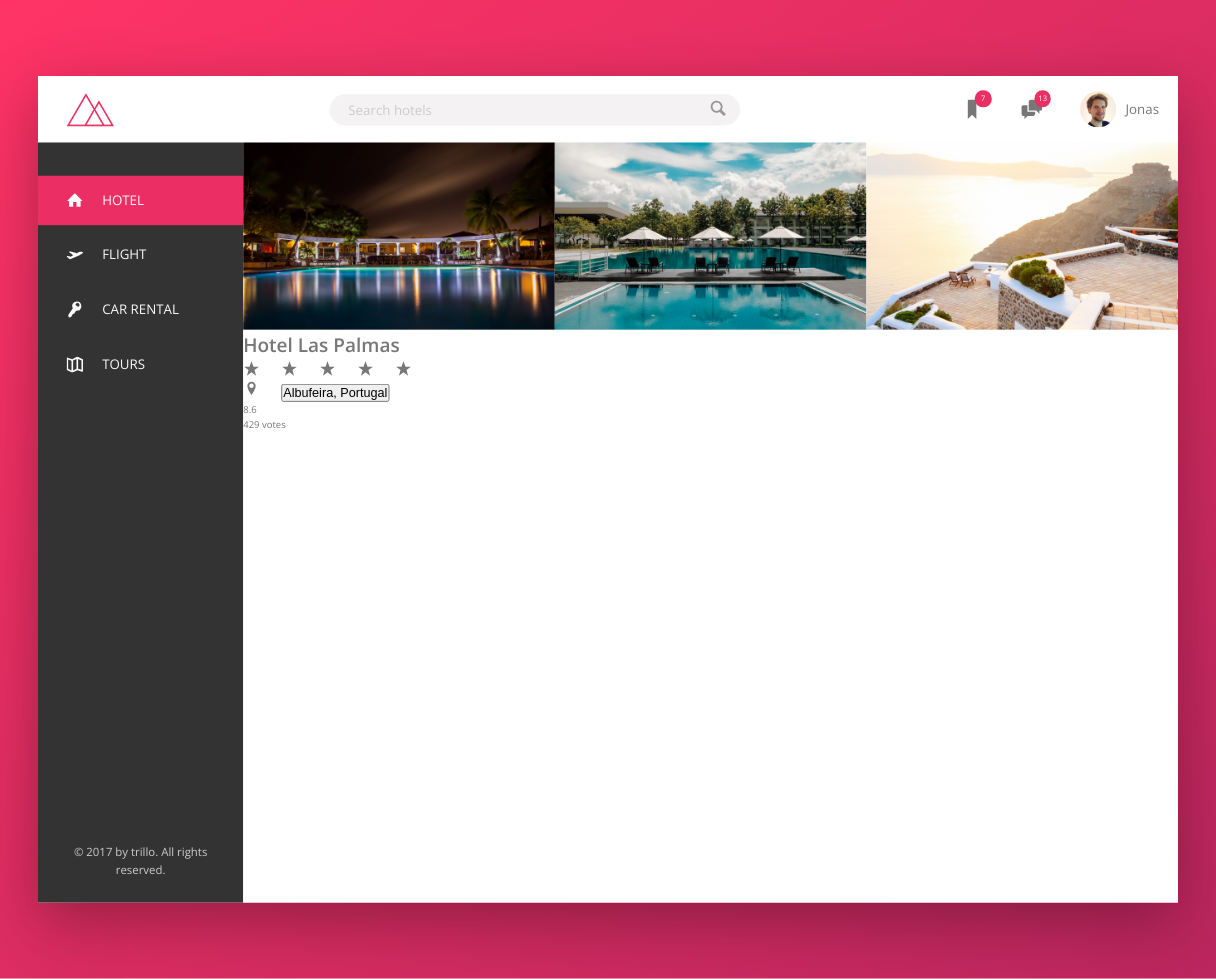
Repository: MalgorzataMazur/Trillo
Page: index.html
An editor plug-in stored every save of this project. The page is shown before and after the next save, followed by the edit.
The browser window is 1280 px wide. The pictures show the whole page, at 95% of full size.
The style sheet was rebuilt from its Sass, Less or Tailwind sources for each picture, by a compiler version that may differ from the author's.

Above is the page before, as saved 2020-03-27 11:53:18.

### index.html
<!DOCTYPE html>
<html lang="en">
    <head>
        <meta charset="UTF-8">
        <meta name="viewport" content="width=device-width, initial-scale=1.0">

        <link href="https://fonts.googleapis.com/css?family=Open+Sans:300,400,600" rel="stylesheet">
        <link rel="stylesheet" href="css/style.css">
        <link rel="shortcut icon" type="image/png" href="img/favicon.png">

        <title>trillo &mdash; Your all-in-one booking app</title>
    </head>
    <body>
        <div class="container">
            <header class="header">
                <img src="img/logo.png" alt="trillo logo" class="logo">

                <form action="#" class="search">
                    <input type="text" class="search__input" placeholder="Search hotels">
                    <button class="search__button">
                        <svg class="search__icon">
                            <use xlink:href="img/sprite.svg#icon-magnifying-glass"></use> <!--include svg -->
                        </svg>
                    </button>
                </form>

                <nav class="user-nav">
                    <div class="user-nav__icon-box">
                        <svg class="user-nav__icon">
                            <use xlink:href="img/sprite.svg#icon-bookmark"></use>
                        </svg>
                        <span class="user-nav__notification">7</span>
                    </div>
                    <div class="user-nav__icon-box">
                        <svg class="user-nav__icon">
                            <use xlink:href="img/sprite.svg#icon-chat"></use>
                        </svg>
                        <span class="user-nav__notification">13</span>
                    </div>
                    <div class="user-nav__user">
                        <img src="img/user.jpg" alt="User photo" class="user-nav__user-photo">
                        <span class="user-nav__user-name">Jonas</span>
                    </div>
                </nav>
            </header>
            <div class="content">
                <nav class="sidebar">
                    <ul class="side-nav">
                        <li class="side-nav__item side-nav__item--active">
                            <a href="#" class="side-nav__link">
                                <svg class="side-nav__icon">
                                    <use xlink:href="img/sprite.svg#icon-home"></use>
                                </svg>
                                <span>Hotel</span>
                            </a>
                        </li>
                        <li class="side-nav__item">
                            <a href="#" class="side-nav__link">
                                <svg class="side-nav__icon">
                                    <use xlink:href="img/sprite.svg#icon-aircraft-take-off"></use>
                                </svg>
                                <span>Flight</span>
                            </a>
                        </li>
                        <li class="side-nav__item">
                            <a href="#" class="side-nav__link">
                                <svg class="side-nav__icon">
                                    <use xlink:href="img/sprite.svg#icon-key"></use>
                                </svg>
                                <span>Car rental</span>
                            </a>
                        </li>
                        <li class="side-nav__item">
                            <a href="#" class="side-nav__link">
                                <svg class="side-nav__icon">
                                    <use xlink:href="img/sprite.svg#icon-map"></use>
                                </svg>
                                <span>Tours</span>
                            </a>
                        </li>
                    </ul>

                    <div class="legal">
                        &copy; 2017 by trillo. All rights reserved. <!-- html entity -->
                    </div>
                </nav>
                <main class="hotel-view">
                    <div class="gallery">
                        <figure class="gallery__item">
                            <img src="img/hotel-1.jpg" alt="Photo of hotel 1" class="gallery__photo">
                        </figure>
                        <figure class="gallery__item">
                            <img src="img/hotel-2.jpg" alt="Photo of hotel 2" class="gallery__photo">
                        </figure>
                        <figure class="gallery__item">
                            <img src="img/hotel-3.jpg" alt="Photo of hotel 3" class="gallery__photo">
                        </figure>
                    </div>

                    <div class="overview">
                        <h1 class="overview__heading">
                            Hotel Las Palmas
                        </h1>

                        <div class="overview__stars">
                            <svg class="side-nav__icon">
                                <use xlink:href="img/sprite.svg#icon-star"></use>
                            </svg>
                            <svg class="side-nav__icon">
                                <use xlink:href="img/sprite.svg#icon-star"></use>
                            </svg>
                            <svg class="side-nav__icon">
                                <use xlink:href="img/sprite.svg#icon-star"></use>
                            </svg>
                            <svg class="side-nav__icon">
                                <use xlink:href="img/sprite.svg#icon-star"></use>
                            </svg>
                            <svg class="side-nav__icon">
                                <use xlink:href="img/sprite.svg#icon-star"></use>
                            </svg>
                        </div>

                        <div class="overview__location">
                            <svg class="side-nav__icon">
                                <use xlink:href="img/sprite.svg#icon-location-pin"></use>
                            </svg>
                            <button class="btn-inline">Albufeira, Portugal</button>
                        </div>

                        <div class="overview__rating">
                            <div class="overiew__rating-average">8.6</div>
                            <div class="overview__rating-count">429 votes</div>
                        </div>
                </main>
            </div>

        </div>
    </body>
</html>

### sass/_base.scss
//variable will be avuialable for entire documents here, global parent of elelemnt
:root { //root pseudoclass the same like ktml but higher specifity //css custom proiperties variables I use here define in declaration bloxk remember
    --color-primary: #eb2f64;
    --color-primary-light: #FF3366;
    --color-primary-dark: #BA265D;

    --color-grey-light-1: #faf9f9;
    --color-grey-light-2: #f4f2f2;
    --color-grey-light-3: #f0eeee;
    --color-grey-light-4: #ccc;

    --color-grey-dark-1: #333;
    --color-grey-dark-2: #777;
    --color-grey-dark-3: #999;

    --shadow-dark: 0 2rem 6rem rgba(0,0,0,.3);

}

* { //first global settings *,htm, body
    margin: 0;
    padding: 0;
}

*,
*::before,
*::after {
    box-sizing: inherit;
}

html {
    box-sizing: border-box;
    font-size: 62.5%; //1rem = 10px, 10px/16px = 62.5%
}

body {
    font-family: 'Open Sans', sans-serif;
    font-weight: 400;
    line-height: 1.6;
    color: var(--color-grey-dark-2);
    background-image: linear-gradient(to right bottom, var(--color-primary-light), var(--color-primary-dark)); //gradient from the left top cornet to right bottom corner
    background-size: cover;
    background-repeat: no-repeat; //default is repeat in css

    min-height: 100vh; //min height but if height can be bigger than that will be simply bigger
}

### sass/_layout.scss
.container {
    max-width: 120rem; //container can decrease if hasn't got enough enough space to display our 120rem,;inaczej 1200px i jesli mniej to zajmie 100% szerokosci portu
    margin: 8rem auto;
    background-color: var(--color-grey-light-1);
    box-shadow: var(--shadow-dark);

    min-height: 50rem;
}

.header {
    font-size: 1.4rem;
    height: 7rem;
    background-color: #fff;
    border-bottom: var(--color-grey-light-2);

    display: flex; //cause it is parent element
    justify-content: space-between; // divide empty space between 3 elements
    align-items: center; //wzdłuż osi poprzecznej center
}

.content {
    display: flex;
}

.sidebar {
    background-color: var(--color-grey-dark-1);

    flex: 0 0 18%; //don't want to grow & shrink & we want 18% of width; automatic wil be

    display: flex;
    flex-direction: column; //change the direction of the main axis from left to right to top to bottom
    justify-content: space-between;
}

.hotel-view {
    background-color: #fff;
    ////test
    height: 80rem;

    flex: 1; //by using flex 1 element should grow as much as that can; na tyle ile ma przestrzeni
}

### sass/_components.scss
/////////////////////////////////
////LOGO
.logo {
    height: 3.5rem;
    margin-left: 3rem;
}



/////////////////////////////////
////SEARCH
.search {
    flex: 0 0 40%; //grow shrink occupy

    display: flex;//flex item is becoming flex container,; we center loop icon btn
    align-items: center; //center elem along the cross axis
    justify-content: center; //center elem along the main axis

    &__input {
        font-family: inherit;
        font-size: inherit;
        color: inherit;
        background-color: var(--color-grey-light-2);
        border: none;
        border-radius: 100px;
        padding: .7rem 2rem;
        width: 90%;
        transition: all .2s;
        margin-right: -3.25rem; //this way the btn move on top of input

        &:focus {
            outline: none;
            width: 100%;
            background-color: var(--color-grey-light-3);
        }

        &::-webkit-input-placeholder {
            font-weight: 100;
            color: var(--color-grey-light-4);
        }
    }

    &__input:focus + &__button { //sibling, adjust element; the same backgr color
        background-color: var(--color-grey-light-3);
    }

    &__button {
        border: none;
        background-color: var(--color-grey-light-2);

        &:focus {
            outline: none;
        }

        &:active {
            transform: translate(2px);
        }
    }

    &__icon {
        height: 2rem;
        width: 2rem;
        fill: var(--color-grey-dark-3);
}
}



/////////////////////////////////
////USER NAVIGATION
.user-nav {
    align-self: stretch; //żeby one sie rozciagaly, is like align items but for one individual item; ovverite in header align item center

    display: flex; //flex item on the sam etime is flex container
    align-items: center;

    & > * {
        padding: 0 2rem;
        cursor: pointer;
        display: flex;
        height: 100%;
        align-items: center; //when we hoover thy arent on the top; vertical align
   }

    & > *:hover {
        background-color: var(--color-grey-light-2);
    }

    &__icon-box {
        position: relative;
    }

    &__icon {
        height: 2.25rem;
        width: 2.25rem;
        fill: var(--color-grey-dark-2);
    }

    &__notification {
        font-size: .8rem;
        height: 1.75rem;
        width: 1.75rem;
        border-radius: 50%;
        background-color: var(--color-primary);
        color: #fff;
        position: absolute; //parent elememnt is iconbox relative
        top: 1.5rem;
        right: 1.1rem;

        display: flex;
        justify-content: center;
        align-items: center;
    }

    &__user-photo {
        height: 3.75rem;
        border-radius: 50%;
        margin-right: 1rem;
    }
}



/////////////////////////////////
////SIDE NAVIGATION
.side-nav {
    font-size: 1.4rem;
    list-style: none;
    margin-top: 3.5rem;

    &__item {
        position: relative;

        &:not(:last-child) { //all the items except the last one
            margin-bottom: .5rem;
        }
    }

    &__item::before { //line becpmes invisible which then expands to the right side
        content: "";
        position: absolute;
        top: 0;
        left: 0;
        height: 100%;
        width: 3px;
        background-color: var(--color-primary);
        transform: scaleY(0); //normal state without any hover
        transition: transform .2s, //first transform ghappens during .2s & we wait this time .2s until we start transitioning the width .4s
                    width .4s cubic-bezier(1,0,0,1) .2s,
                    background-color .1s; //we can set diffrent settings for diffrent properties. we can have the staged animations where first the transform happens then the width
    }

    &__item:hover::before,
    &__item--active::before {
        transform: scaleY(1); //only occurs Y direction from top to bottom
        width: 100%;
    }

    &__item:active::before {
        background-color: var(--color-primary-light);
    }

    &__link:link,
    &__link:visited {
        color: var(--color-grey-light-1);
        text-decoration: none;
        text-transform: uppercase;
        display: block;
        padding: 1.5rem 3rem;
        position: relative; //on top of the before elem after hover

        display: flex;
        align-items: center; //ikony równo z napisem z listy
    }

    &__icon {
        width: 1.75rem;
        height: 1.75rem;
        margin-right: 2rem;
        fill: currentColor; //means color ofthe current elelemnt or the parent element
    }
}



/////////////////////////////////
////LEGAL TEXT
.legal {
    font-size: 1.2rem;
    color: var(--color-grey-light-4);
    text-align: center;
    padding: 2.5rem;
}



/////////////////////////////////
////SIDE NAVIGATION
.gallery {
    display: flex;

    &__photo {
        width: 100%;
        display: block;
    }
}

Loaded but not shown: sass/main.scss (common file)

After the next save:
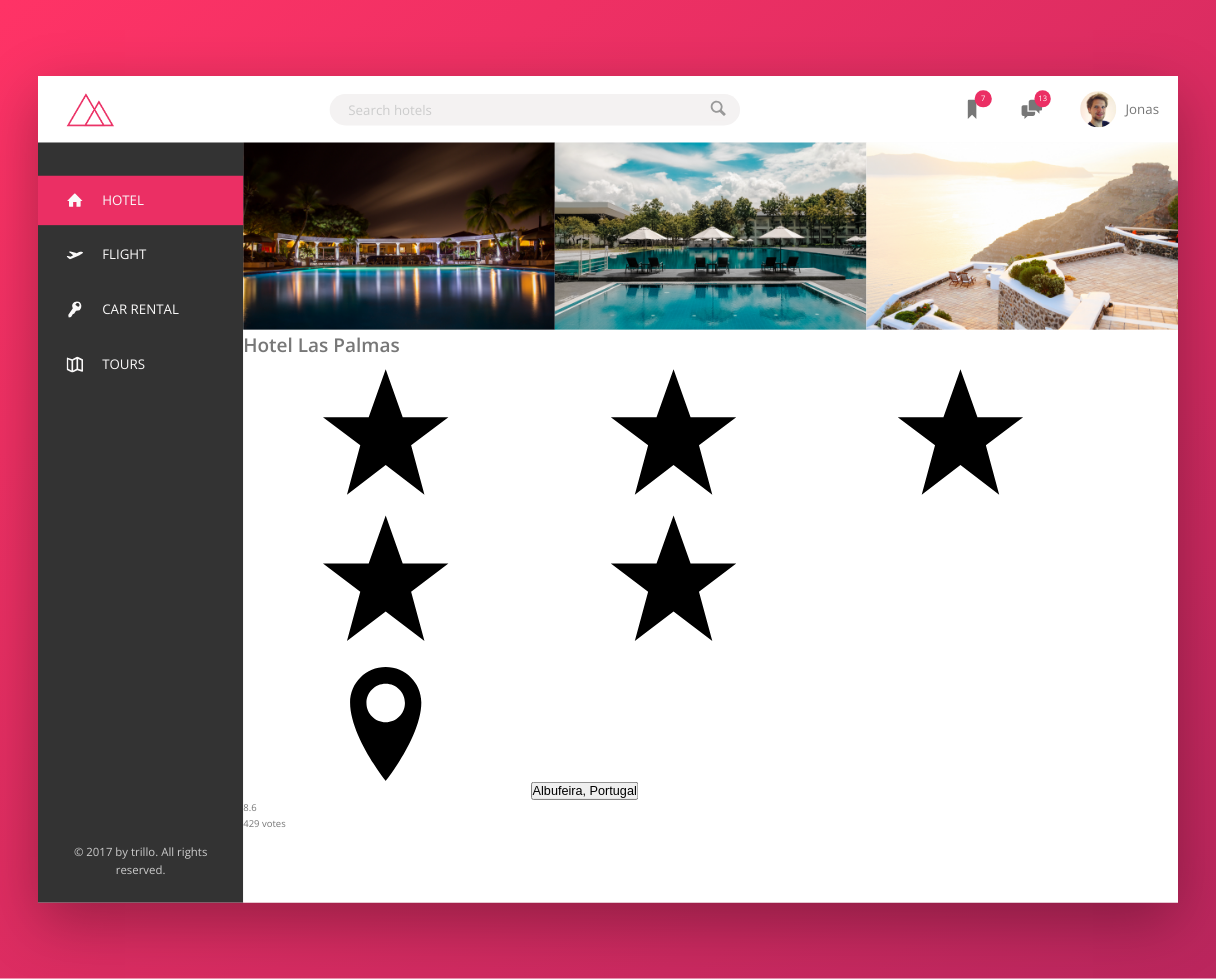
Saved 2 min 3 s later.
--- a/index.html
+++ b/index.html
@@ -103,25 +103,25 @@
                         </h1>
 
                         <div class="overview__stars">
-                            <svg class="side-nav__icon">
+                            <svg class="overview__icon-star">
                                 <use xlink:href="img/sprite.svg#icon-star"></use>
                             </svg>
-                            <svg class="side-nav__icon">
+                            <svg class="overview__icon-star">
                                 <use xlink:href="img/sprite.svg#icon-star"></use>
                             </svg>
-                            <svg class="side-nav__icon">
+                            <svg class="overview__icon-star">
                                 <use xlink:href="img/sprite.svg#icon-star"></use>
                             </svg>
-                            <svg class="side-nav__icon">
+                            <svg class="overview__icon-star">
                                 <use xlink:href="img/sprite.svg#icon-star"></use>
                             </svg>
-                            <svg class="side-nav__icon">
+                            <svg class="overview__icon-star">
                                 <use xlink:href="img/sprite.svg#icon-star"></use>
                             </svg>
                         </div>
 
                         <div class="overview__location">
-                            <svg class="side-nav__icon">
+                            <svg class="overview__icon-location">
                                 <use xlink:href="img/sprite.svg#icon-location-pin"></use>
                             </svg>
                             <button class="btn-inline">Albufeira, Portugal</button>
